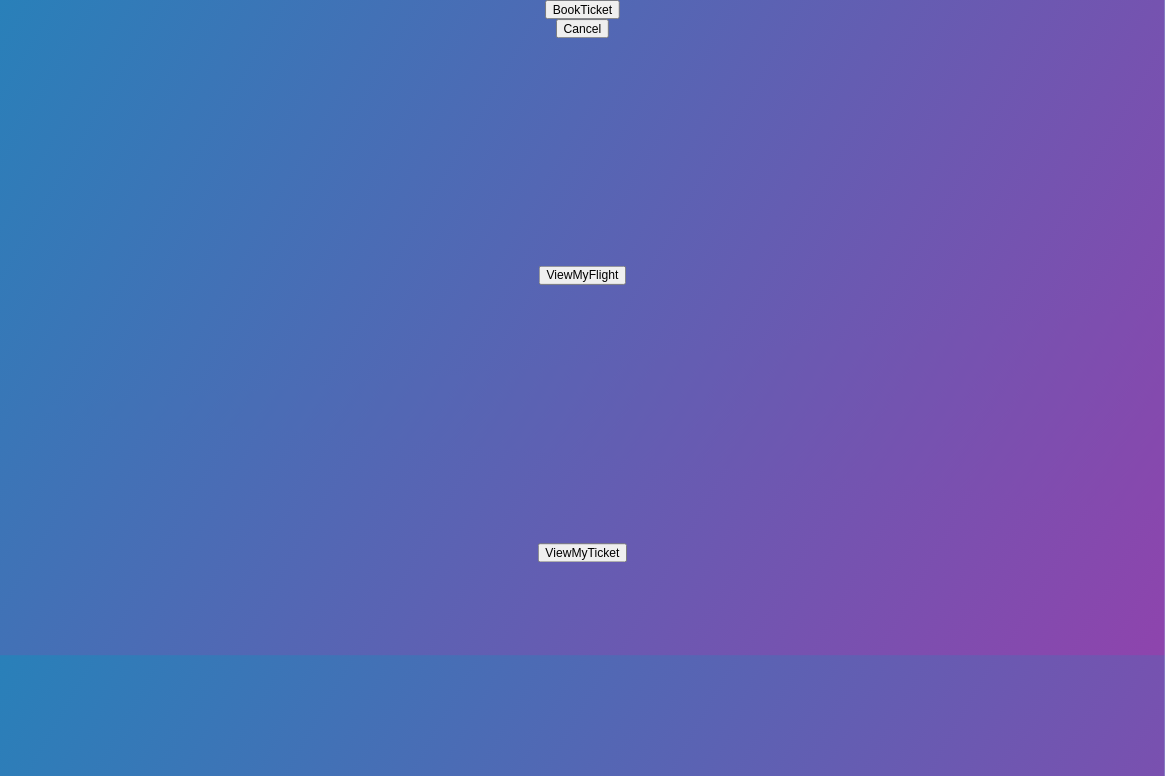
Repository: kalpesh3070/backend2
Page: flyaway/src/main/webapp/main.html
These files come from the project's save history. The page is drawn as it stood at one moment and after the next save; the edit follows.
The browser window is 1280 px wide. The pictures show the whole page, at 91% of full size.

Above is the page before, as saved 2022-11-14 16:18:16.

After the next save:
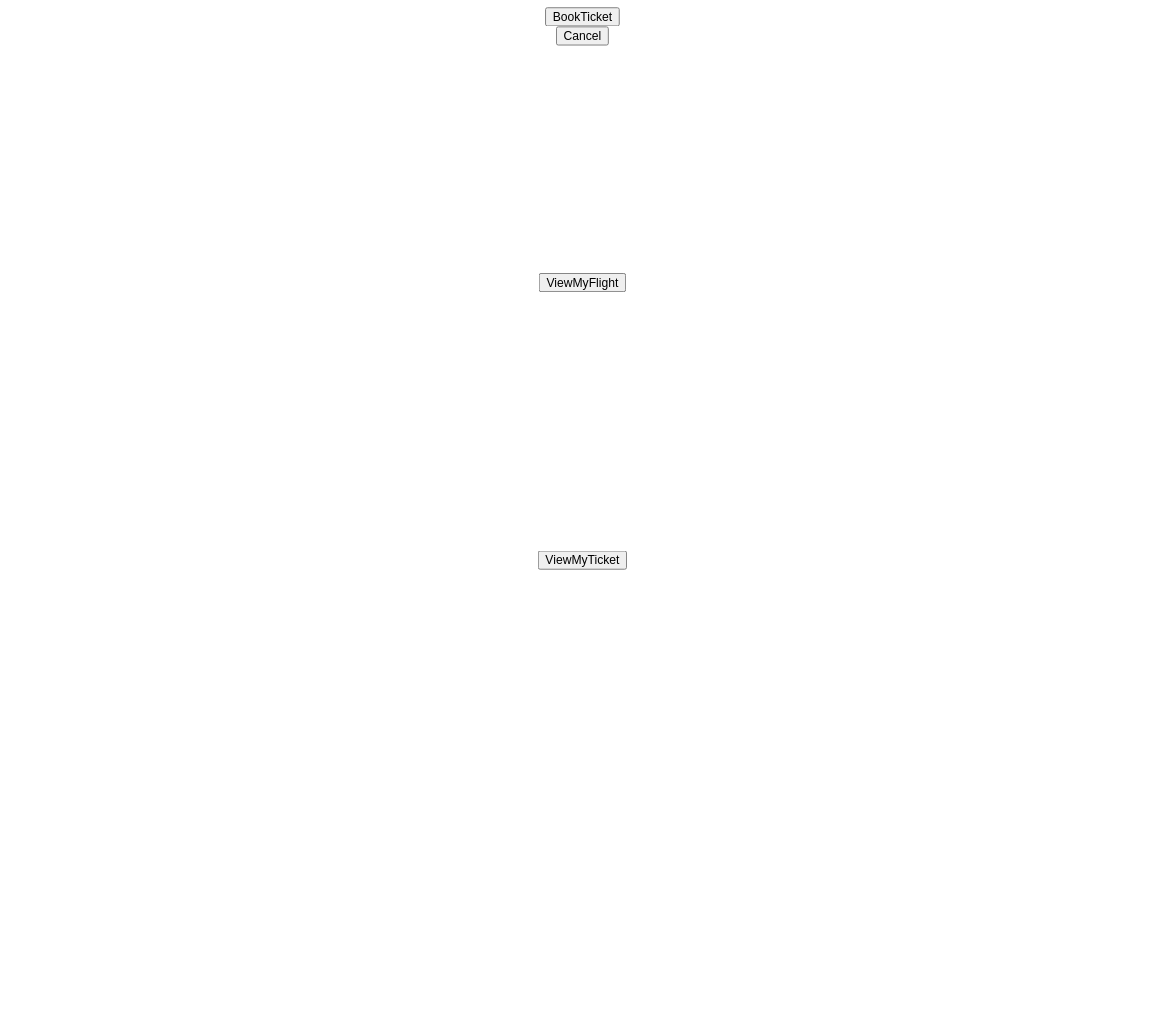
Saved 50 s later.
--- a/flyaway/src/main/webapp/main.css
+++ b/flyaway/src/main/webapp/main.css
@@ -1,12 +1,5 @@
 @charset "ISO-8859-1";
-body{
-margin: 0;
-padding: 0;
-font-family: montserrat;
-background: linear-gradient(120deg,#2980b9,#8e44ad);
-height: 100vh;
-overflow:hidden;
-}
+
 
 .ticket{
 	width : 250px;

After the save that followed:
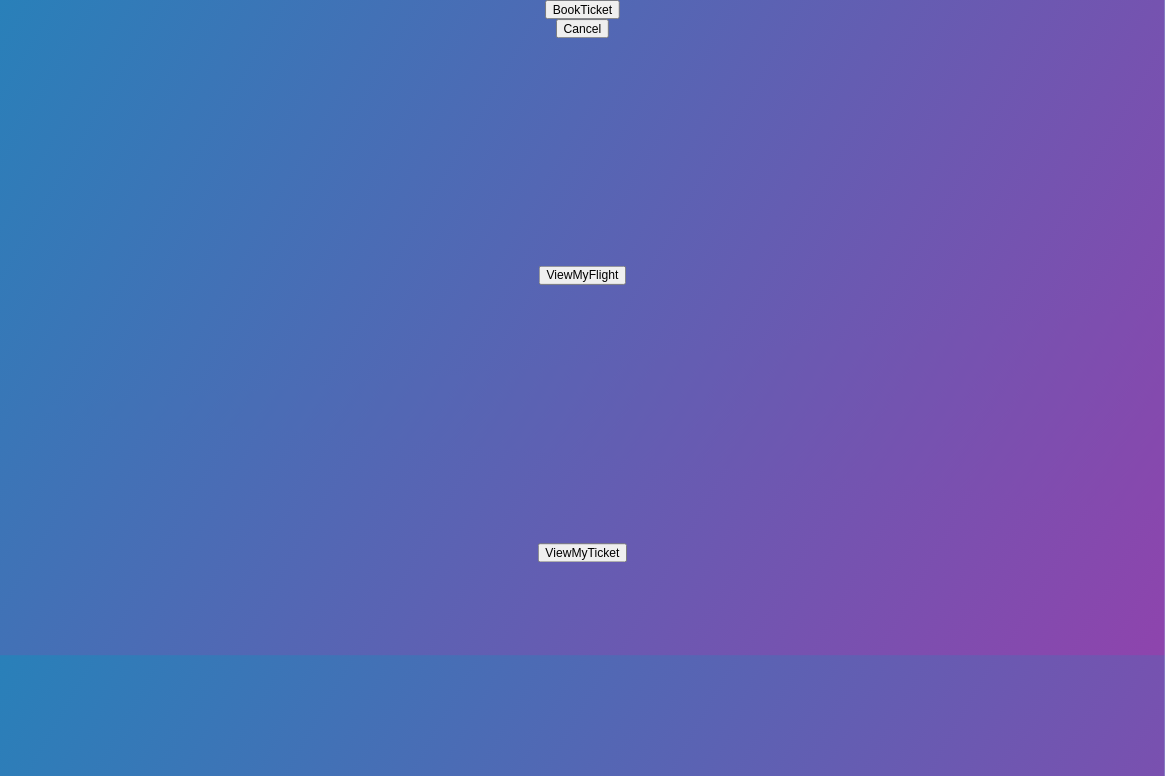
Saved 11 s later.
--- a/flyaway/src/main/webapp/main.css
+++ b/flyaway/src/main/webapp/main.css
@@ -1,5 +1,12 @@
 @charset "ISO-8859-1";
-
+body{
+margin: 0;
+padding: 0;
+font-family: montserrat;
+background: linear-gradient(120deg,#2980b9,#8e44ad);
+height: 100vh;
+overflow:hidden;
+}
 
 .ticket{
 	width : 250px;
